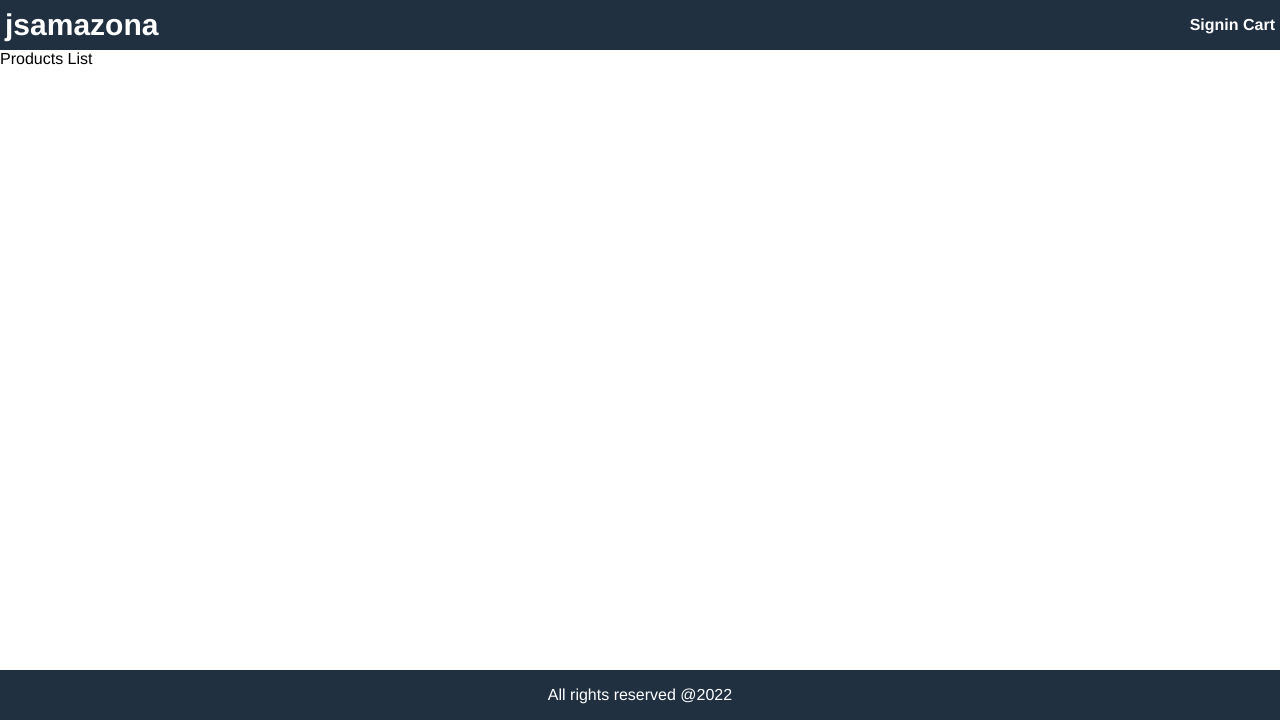
Repository: Mardoqueu/ecommerce-website
Page: jsamazona/frontend/src/index.html
The author's editor kept a copy of each file at every save. The page is drawn from the files as they stood at one save, then again after the next save.
The browser window is 1280 px wide. The pictures show the whole page.

Above is the page before, as saved 2022-09-12 10:08:50.

After the next save:
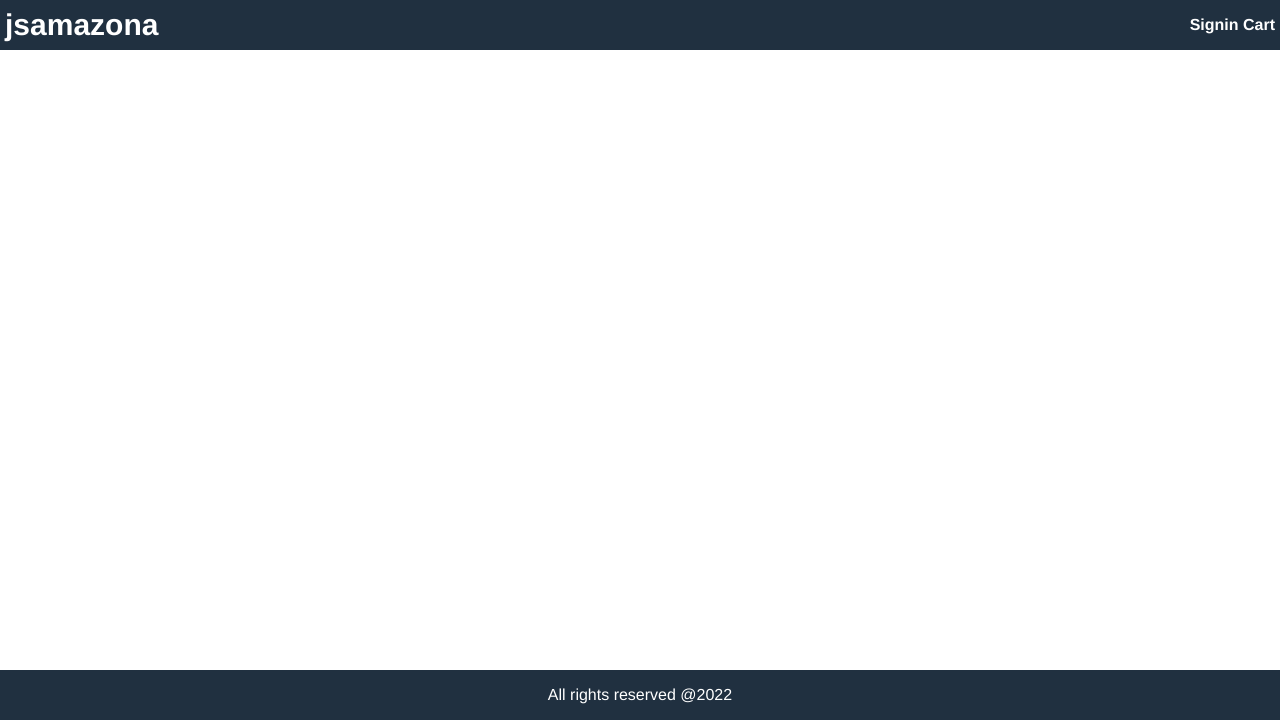
Saved 3 min 40 s later.
--- a/jsamazona/frontend/src/index.html
+++ b/jsamazona/frontend/src/index.html
@@ -18,7 +18,11 @@
           <a href="/#/cart">Cart</a>
         </div>
       </header>
-      <main>Products List</main>
+      <main>
+        <div>
+          <ul class="products"></ul>
+        </div>
+      </main>
       <footer>All rights reserved @2022</footer>
     </div>
   </body>
